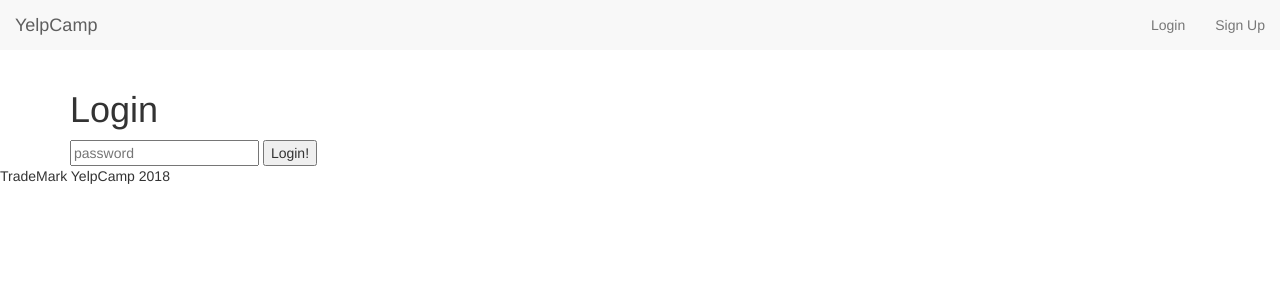
Repository: Kushagrakmr/c9backup
Page: http://localhost/login
The author's editor kept a record of every edit. The page is drawn from the files as they stood at one moment, then again after the next edit.
The browser window is 1280 px wide. The pictures show the whole page.
The page is served by the project's Node server (YelpCamp/v12/app.js). Other server files are loaded and not shown.

Above is the page before.

### YelpCamp/v12/views/login.ejs
<% include ./partials/header %>

<div class = "container">
    <h1>Login</h1>
    <form action = "/login" method = "POST">
        <div class = "form-type">

        </div>
        <div class = "form-type">

        </div>
        <div class = "form-type">

        </div>
        <input type = "password" name = "password" placeholder = "password">
        <input type= "submit" value = "Login!">
    </form>
</div>

<% include ./partials/footer %>

### YelpCamp/v12/views/partials/header.ejs
<!DOCTYPE html>
<html>
    <head>
        <title>Yelp Camp</title>
        <link rel="stylesheet" href= "https://stackpath.bootstrapcdn.com/bootstrap/3.3.5/css/bootstrap.min.css">
        <link rel = "stylesheet" href = "/stylesheets/main.css">
    </head>
    <body>

<div id = "navbar_margin">
    <nav class="nav navbar-default">
     <div class = "conatainer-fluid">
         <div class-"navbar-header">
             <a class= "navbar-brand" href= "/">YelpCamp</a>
         </div>
         <div class="collapse navbar-collapse">
             <ul class = " nav navbar-nav navbar-right">
                    <% if(!currentUser) { %>
                        <li><a href="/login">Login</a></li>
                        <li><a href="/register">Sign Up</a></li>
                     <% } else { %>
                        <li><a href="#">Signed in as <%= currentUser.username %></a></li>
                        <li><a href="/logout">Logout</a></li>
                     <% } %>
             </ul>
         </div>
     </div>
    </nav>
</div>


<div class = "container">
    <% if(error  && error.length > 0) { %>
        <div class = "alert alert-danger" role = "alert">
            <h5><%= error %></h5>
        </div>
    <% } %>

    <% if(success  && success.length > 0) { %>
        <div class = "alert alert-success" role = "alert">
            <h5><%= success %></h5>
        </div>
    <% } %>
</div>

### YelpCamp/v12/views/partials/footer.ejs
       <p> TradeMark YelpCamp 2018</p>
    </body>
</html>

### YelpCamp/v12/app.js
var express       = require("express"),
     app          = express(),
    bodyParser    = require("body-parser"),
    flash         = require("connect-flash"),
    mongoose      = require("mongoose"),
    passport      = require("passport"),
    LocalStrategy = require("passport-local"),
    Campground    = require("./models/campgrounds"),
    methodOverride= require("method-override"),
    Comment       = require("./models/comment"),
    User          = require("./models/user"),
    seedDB        = require("./seeds")

var commentRoutes     = require("./routes/comments"),
    campgroundRoutes  = require("./routes/campgrounds"),
    indexRoutes        = require("./routes/index");

mongoose.connect("mongodb://localhost:27017/yelp_camp_v11", {useNewUrlParser : true});
app.use(bodyParser.urlencoded({extended : true}));
app.set("view engine", "ejs");
app.use(express.static(__dirname + "/public"));
app.use(methodOverride("_method"));
app.use(flash())
//seedDB();

//PASSPORT CONFIGUARTION
app.use(require("express-session")({
    secret : "Rusty is the best and cutest dog!",
    resave: false,
    saveUninitialized : false
}));
app.use(passport.initialize());
app.use(passport.session());
passport.use(new LocalStrategy(User.authenticate()));
passport.serializeUser(User.serializeUser());
passport.deserializeUser(User.deserializeUser());


app.use(function(request, response, next){
    response.locals.currentUser = request.user;
    response.locals.error       = request.flash("error");
    response.locals.success     = request.flash("success");
    next();
});


app.use(indexRoutes);
app.use(commentRoutes);
app.use(campgroundRoutes);

app.listen(3000, function(){
    console.log("The Yelp Camp Server Has Started");
});

### YelpCamp/v12/routes/index.js
 var express = require("express");
var router  = express.Router();
var passport = require("passport");
var User    = require("../models/user");



router.get("/",function(request, response){
    response.render("landing");
});


//======================
//AUTHENTICATION ROUTES
//======================


//show register form
router.get("/register",function(request, response) {
    response.render("register");
});

//handle signUp logic
router.post("/register", function(request, response) {
    var newUser = new User({username: request.body.username});
    User.register(newUser, request.body.password, function(error, user){
        if(error) {
            request.flash("error", error.message);
            return response.redirect("/register");
        }
        passport.authenticate("local")(request, response, function(){
            request.flash("error", "You need to be logged in to do that");
            request.flash("success", "Welcome to YelpCamp " + user.username);
            response.redirect("/campgrounds");
        });
    });
});


//show login form
router.get("/login", function(request, response) {
    response.render("login");
});

router.post("/login", passport.authenticate("local",
    {
        successRedirect : "/campgrounds",
        failureRedirect : "/login"
    }),function(request, response) {
});

//logout route
router.get("/logout", function(request, response) {
    request.logout();
    request.flash("success", "Logged You Out!")
    response.redirect("/campgrounds");
});

module.exports = router;

### YelpCamp/v12/public/stylesheets/main.css
.thumbnail img {
    width: 100%;
}

.thumbnail {
    padding: 0;
}

.thumbnail .caption-full{
    padding: 9px;
}

.delete-form {
    display: inline;
}

#navbar_margin {
    margin-bottom: 20px;
}

After the next edit:
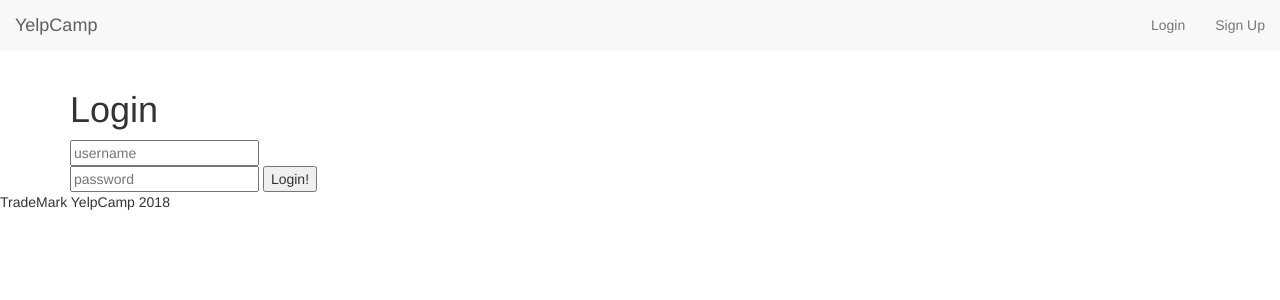
The edit:
--- a/YelpCamp/v12/views/login.ejs
+++ b/YelpCamp/v12/views/login.ejs
@@ -4,6 +4,7 @@
     <h1>Login</h1>
     <form action = "/login" method = "POST">
         <div class = "form-type">
+        <input type = "text" name = "username" placeholder = "username">
 
         </div>
         <div class = "form-type">
